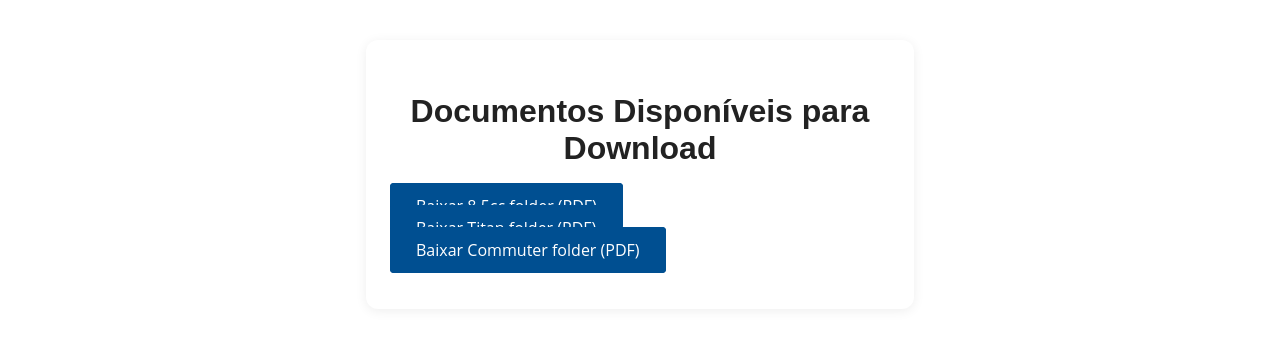
Repository: JamesOliveira1/Project-MastroWebSite
Page: assets/contents/documents.html
An editor plug-in stored every save of this project. The page is shown before and after the next save, followed by the edit.
The browser window is 1280 px wide. The pictures show the whole page.

Above is the page before, as saved 2025-06-30 13:18:14.

After the next save:
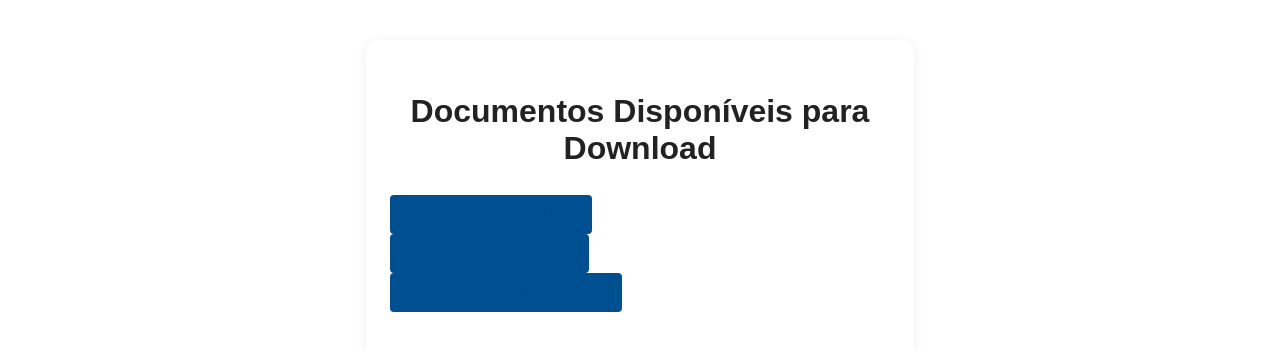
Saved 93 s later.
--- a/assets/contents/documents.html
+++ b/assets/contents/documents.html
@@ -29,9 +29,21 @@
     <div class="documents-container">
         <h1>Documentos Disponíveis para Download</h1>
         <ul class="documents-list">
-            <li><a href="./85cc.pdf" download class="btn btn-primary btn-large botaoorçarmento">Baixar 8.5cc folder (PDF)</a></li>
-            <li><a href="./titancc.pdf" download class="btn btn-primary btn-large botaoorçarmento">Baixar Titan folder (PDF)</a></li>
-            <li><a href="./commuter.pdf" download class="btn btn-primary btn-large botaoorçarmento">Baixar Commuter folder (PDF)</a></li>
+            <li>
+                <button class="btn btn-primary btn-large botaoorçarmento" type="button">
+                    <a class="nav-link scrollto" href="./85cc.pdf" download>Baixar 8.5cc folder (PDF)</a>
+                </button>
+            </li>
+            <li>
+                <button class="btn btn-primary btn-large botaoorçarmento" type="button">
+                    <a class="nav-link scrollto" href="./titancc.pdf" download>Baixar Titan folder (PDF)</a>
+                </button>
+            </li>
+            <li>
+                <button class="btn btn-primary btn-large botaoorçarmento" type="button">
+                    <a class="nav-link scrollto" href="./commuter.pdf" download>Baixar Commuter folder (PDF)</a>
+                </button>
+            </li>
         </ul>
     </div>
 </body>

After the save that followed:
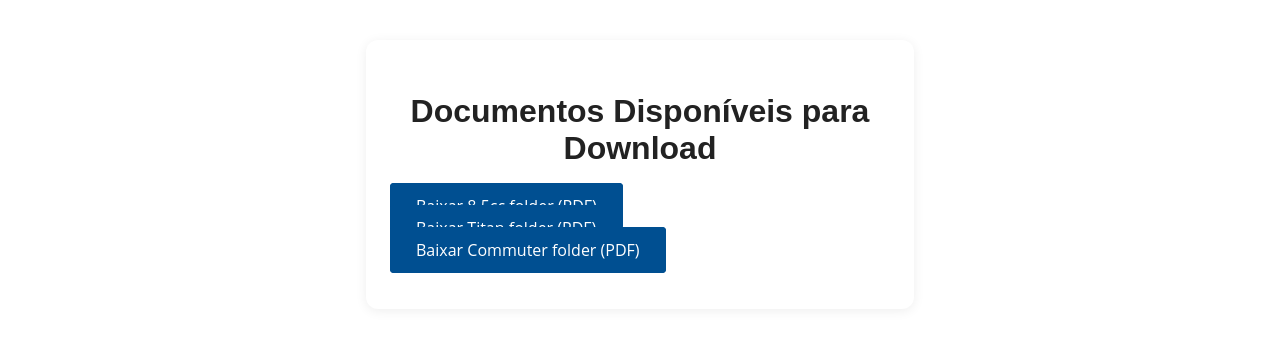
Saved 2 min 8 s later.
--- a/assets/contents/documents.html
+++ b/assets/contents/documents.html
@@ -30,19 +30,19 @@
         <h1>Documentos Disponíveis para Download</h1>
         <ul class="documents-list">
             <li>
-                <button class="btn btn-primary btn-large botaoorçarmento" type="button">
-                    <a class="nav-link scrollto" href="./85cc.pdf" download>Baixar 8.5cc folder (PDF)</a>
-                </button>
+                <a href="./85cc.pdf" download class="btn btn-primary btn-large botaoorçarmento nav-link scrollto" role="button">
+                    Baixar 8.5cc folder (PDF)
+                </a>
             </li>
             <li>
-                <button class="btn btn-primary btn-large botaoorçarmento" type="button">
-                    <a class="nav-link scrollto" href="./titancc.pdf" download>Baixar Titan folder (PDF)</a>
-                </button>
+                <a href="./titancc.pdf" download class="btn btn-primary btn-large botaoorçarmento nav-link scrollto" role="button">
+                    Baixar Titan folder (PDF)
+                </a>
             </li>
             <li>
-                <button class="btn btn-primary btn-large botaoorçarmento" type="button">
-                    <a class="nav-link scrollto" href="./commuter.pdf" download>Baixar Commuter folder (PDF)</a>
-                </button>
+                <a href="./commuter.pdf" download class="btn btn-primary btn-large botaoorçarmento nav-link scrollto" role="button">
+                    Baixar Commuter folder (PDF)
+                </a>
             </li>
         </ul>
     </div>
